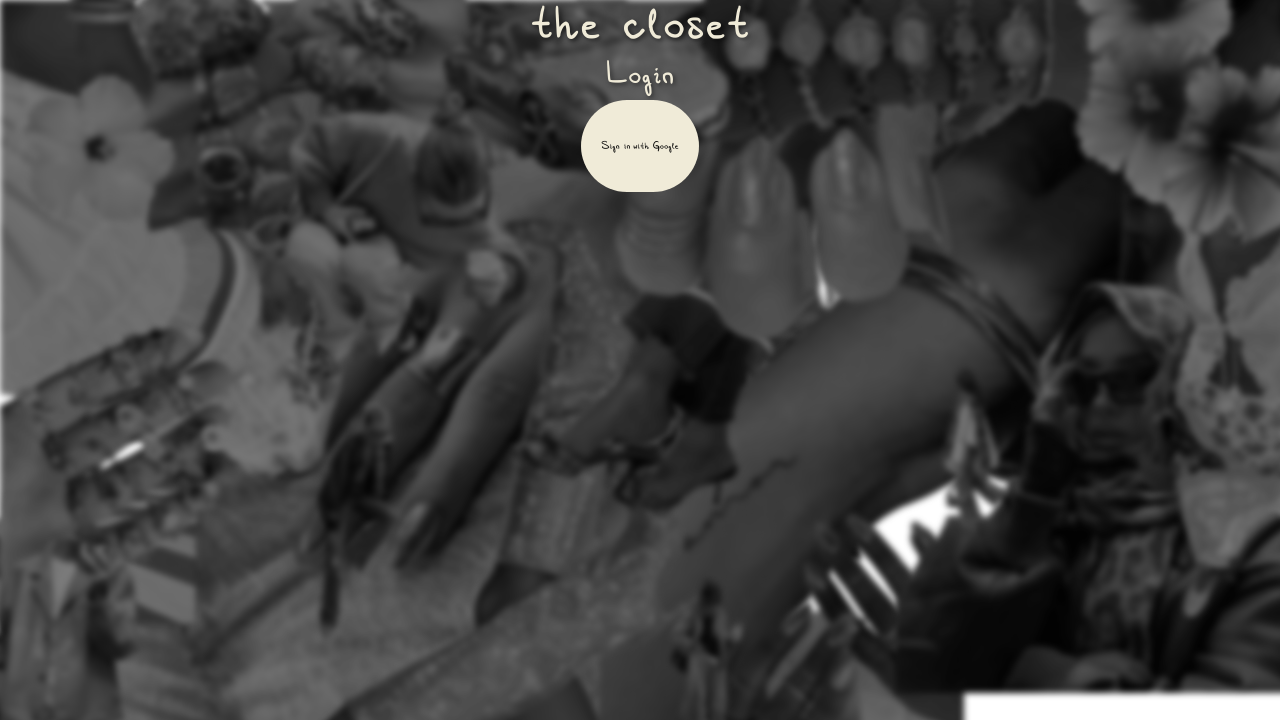
Repository: karla-sikavica/theCloset
Page: / (app in frontend/)
An editor plug-in stored every save of this project. The page is shown before and after the next save, followed by the edit.
The browser window is 1280 px wide. The pictures show the whole page.
The project was rebuilt for these pictures with package versions that can differ from the ones it lists, and the page was loaded fresh each time. Also part of the build but not shown: frontend/vite.config.ts.

Above is the page before, as saved 2025-03-29 16:54:35.

### frontend/src/index.css
@font-face {
  font-family: 'Kalla';
  src: url('/fonts/Kalla-Regular.ttf') format('truetype');
  font-weight: 400;
  font-style: normal;
}

:root {
  font-family: 'Kalla', 'Times New Roman', Avenir, Helvetica, Arial, sans-serif;
  line-height: 50px;
  font-weight: 400;
  display: block;


  font-synthesis: none;
  text-rendering: optimizeLegibility;
  -webkit-font-smoothing: antialiased;
  -moz-osx-font-smoothing: grayscale;
}

### frontend/src/App.tsx
import { BrowserRouter as Router, Routes, Route } from "react-router-dom";
import "./App.css";
import Login from "./pages/Login";
import Collage from "./components/ui/Collage";

function App() {
  return (
    <Router>
      <Collage />

      <div className="main-content">
        <Routes>
          <Route path="/" element={<Login></Login>} />
          <Route path="/login" element={<Login />} />
        </Routes>
      </div>
    </Router>
  );
}

export default App;

### frontend/src/App.css
#root {
  max-width: 1280px;
  margin: 0 auto;
  padding: 2rem;
  text-align: center;
}

body {
  color:#f0ebd8  ;
  text-shadow: 2px 2px 4px rgba(0, 0, 0, 0.5);
}

body, html, #root {
  margin: 0;
  padding: 0;
  height: 100%;
  width: 100%;
  overflow: hidden;
}

/* Optional: to make sure your app content appears above the collage */
.main-content {
  z-index: 10;

   position: relative;
  /*pointer-events: auto;
  height: 100%; */
}

/*
body::before {
  content: "";
  position: fixed;
  top: 0;
  left: 0;
  width: 100vh;
  height: 100vw;
  background-image: url("/images/download.jpeg");
  background-repeat: no-repeat;
  background-size: cover;
  background-position: center;
  transform: rotate(270deg) translate(-100vh, 0);
  transform-origin: top left;
  z-index: -1;
}

body::after {
  content: "";
  position: fixed;
  top: 0;
  left: 0;
  width: 100vw;
  height: 100vh;
  /* background: rgba(50, 30, 10, 0.6); */
/*   z-index: -1;
 *//* */

### frontend/src/pages/Login.tsx
import GoogleLogin from "../components/ui/GoogleLogin";

function Login() {
  return (
    <div style={{ margin: "auto" }}>
      <h1 style={{ fontSize: 100, margin: 0 }}>the closet</h1>
      <h2 style={{ fontSize: 60, margin: 0 }}>Login</h2>
      <div style={{ textAlign: "center" }}>
        <GoogleLogin></GoogleLogin>
      </div>
    </div>
  );
}

export default Login;

### frontend/src/components/ui/Collage.tsx
import React, { useEffect, useRef } from "react";
import "../css/Collage.css";

/* const imageCount = 32;
 */
type CollageImage = {
  src: string;
  top: string;
  left: string;
  width: string;
  rotate?: string;
  zIndex?: number;
};

const collageConfig: CollageImage[] = [
  {
    src: "/images/photo%20(1).png",
    top: "45%",
    left: "0%",
    width: "250px",
    rotate: "0deg",
    zIndex: 2,
  },
  {
    src: "/images/photo%20(2).png",
    top: "30%",
    left: "25%",
    width: "400px",
    rotate: "0deg",
    zIndex: 1,
  },
  {
    src: "/images/photo%20(3).png",
    top: "18%",
    left: "40%",
    width: "350px",
    rotate: "0deg",
    zIndex: 0,
  },
  {
    src: "/images/photo%20(4).png",
    top: "-5%",
    left: "55%",
    width: "400px",
    rotate: "0deg",
    zIndex: 2,
  },
  {
    src: "/images/photo%20(5).png",
    top: "30%",
    left: "40%",
    width: "260px",
    rotate: "0deg",
    zIndex: 1,
  },
  {
    src: "/images/photo%20(6).png",
    top: "10%",
    left: "18%",
    width: "300px",
    rotate: "0deg",
    zIndex: 4,
  },
  {
    src: "/images/photo%20(7).png",
    top: "38%",
    left: "70%",
    width: "400px",
    rotate: "0deg",
    zIndex: 1,
  },
  {
    src: "/images/photo%20(8).png",
    top: "0%",
    left: "0%",
    width: "350px",
    rotate: "0deg",
    zIndex: 1,
  },
  {
    src: "/images/photo%20(9).png",
    top: "0%",
    left: "35%",
    width: "280px",
    rotate: "-6deg",
    zIndex: 3,
  },
  {
    src: "/images/photo%20(10).png",
    top: "42%",
    left: "20%",
    width: "200px",
    rotate: "15deg",
    zIndex: 1,
  },
  {
    src: "/images/photo%20(11).png",
    top: "-20%",
    left: "70%",
    width: "400px",
    rotate: "0deg",
    zIndex: 0,
  },
  {
    src: "/images/photo%20(12).png",
    top: "-20%",
    left: "10%",
    width: "350px",
    rotate: "-9deg",
    zIndex: 1,
  },
  {
    src: "/images/photo%20(13).png",
    top: "0%",
    left: "6%",
    width: "550px",
    rotate: "0deg",
    zIndex: 0,
  },
  {
    src: "/images/photo%20(14).png",
    top: "50%",
    left: "-5%",
    width: "260px",
    rotate: "0deg",
    zIndex: 0,
  },
  {
    src: "/images/photo%20(15).png",
    top: "45%",
    left: "70%",
    width: "170px",
    rotate: "-8deg",
    zIndex: 1,
  },
  {
    src: "/images/photo%20(16).png",
    top: "3%",
    left: "48%",
    width: "500px",
    rotate: "3deg",
    zIndex: 0,
  },
  {
    src: "/images/photo%20(17).png",
    top: "0%",
    left: "45%",
    width: "380px",
    rotate: "0deg",
    zIndex: 1,
  },
  {
    src: "/images/photo%20(18).png",
    top: "75%",
    left: "-3%",
    width: "200px",
    rotate: "10deg",
    zIndex: 3,
  },
  {
    src: "/images/photo%20(19).png",
    top: "22%",
    left: "86%",
    width: "290px",
    rotate: "0deg",
    zIndex: 2,
  },
  {
    src: "/images/photo%20(30).png",
    top: "-20%",
    left: "80%",
    width: "300px",
    rotate: "-27deg",
    zIndex: 3,
  },
  {
    src: "/images/photo%20(29).png",
    top: "-5%",
    left: "-2%",
    width: "270px",
    rotate: "150deg",
    zIndex: 3,
  },
  {
    src: "/images/photo%20(22).png",
    top: "65%",
    left: "55%",
    width: "260px",
    rotate: "180deg",
    zIndex: 0,
  },
  {
    src: "/images/photo%20(25).png",
    top: "80%",
    left: "52%",
    width: "80px",
    rotate: "0deg",
    zIndex: 2,
  } /*,
  {
    src: "/images/photo%20(24).png",
    top: "15%",
    left: "50%",
    width: "190px",
    rotate: "6deg",
    zIndex: 1,
  },
  {
    src: "/images/photo%20(25).png",
    top: "10%",
    left: "30%",
    width: "160px",
    rotate: "-4deg",
    zIndex: 3,
  },
  {
    src: "/images/photo%20(26).png",
    top: "40%",
    left: "50%",
    width: "170px",
    rotate: "11deg",
    zIndex: 2,
  },
  {
    src: "/images/photo%20(27).png",
    top: "50%",
    left: "75%",
    width: "180px",
    rotate: "-9deg",
    zIndex: 1,
  },
  {
    src: "/images/photo%20(28).png",
    top: "35%",
    left: "10%",
    width: "200px",
    rotate: "4deg",
    zIndex: 2,
  },
  {
    src: "/images/photo%20(29).png",
    top: "25%",
    left: "65%",
    width: "190px",
    rotate: "-5deg",
    zIndex: 3,
  },
  {
    src: "/images/photo%20(30).png",
    top: "70%",
    left: "85%",
    width: "160px",
    rotate: "6deg",
    zIndex: 1,
  },
  {
    src: "/images/photo%20(31).png",
    top: "80%",
    left: "35%",
    width: "170px",
    rotate: "-3deg",
    zIndex: 2,
  },
  {
    src: "/images/photo%20(32).png",
    top: "90%",
    left: "50%",
    width: "180px",
    rotate: "8deg",
    zIndex: 3,
  }, */,
];

const Collage: React.FC = () => {
  return (
    <div className="collage-background">
      {collageConfig.map((img, index) => (
        <img
          key={index}
          src={img.src}
          alt={`collage-img-${index}`}
          className="collage-img"
          style={{
            top: img.top,
            left: img.left,
            width: img.width,
            transform: `rotate(${img.rotate || "0deg"})`,
            zIndex: img.zIndex || 0,
          }}
        />
      ))}
    </div>
  );
};

export default Collage;

/*
const Collage: React.FC = () => {
  const containerRef = useRef<HTMLDivElement>(null);

  useEffect(() => {
    const container = containerRef.current;
    if (!container) return;

    const imgs = container.querySelectorAll("img");
    imgs.forEach((img) => {
      const x = Math.random() * 100;
      const y = Math.random() * 100;
      const rotate = Math.random() * 20 - 10; // rotate between -10 and +10 degrees
      const z = Math.floor(Math.random() * 10); // random z-index

      img.style.top = `${y}vh`;
      img.style.left = `${x}vw`;
      img.style.transform = `rotate(${rotate}deg)`;
      img.style.zIndex = z.toString();
    });
  }, []);

  return (
    <div className="collage-background" ref={containerRef}>
      {[...Array(imageCount)].map((_, index) => (
        <img
          key={index}
          src={`/images/photo%20(${index + 1}).png`}
          alt={`collage-img-${index}`}
          className="collage-img"
        />
      ))}
    </div>
  );
};

export default Collage; */

### frontend/src/components/ui/GoogleLogin.tsx
// src/components/GoogleLogin.js
import { signInWithPopup } from "firebase/auth";
import { auth, googleProvider } from "../../firebase";
import GoogleButton from "./GoogleButton";

function GoogleLogin() {
  const handleGoogleLogin = async () => {
    try {
      const result = await signInWithPopup(auth, googleProvider);
      const user = result.user;

      const token = await user.getIdToken();
      console.log("✅ Google login successful! Token:", token);

      const res = await fetch("http://localhost:8080/users", {
        headers: {
          Authorization: `Bearer ${token}`,
        },
      });

      const data = await res.json();
      console.log("Backend response:", data);
    } catch (error: any) {
      console.error("❌ Google login error:", error.message);
    }
  };

  return (
    <div>
      <GoogleButton onClick={handleGoogleLogin}>
        Sign in with Google
      </GoogleButton>{" "}
    </div>
  );
}

export default GoogleLogin;

### frontend/src/components/css/Collage.css

  .collage-background {
    position: fixed;
    top: 0;
    left: 0;
    width: 100vw;
    height: 100vh;
    overflow: hidden;
    z-index: 0;
    pointer-events: auto;
  }

  .collage-img {
    position: absolute;
    object-fit: contain;
    filter: grayscale(100%) blur(3px) brightness(0.5);
    pointer-events: auto;
    border: none;
  }

  .collage-img:hover {
    filter: grayscale(0%);

/*     border: 3px solid bisque;
 */  }

### frontend/src/firebase.ts
import { initializeApp } from "firebase/app";
import { getAuth, GoogleAuthProvider  } from "firebase/auth";

//import { getAnalytics } from "firebase/auth";

const firebaseConfig = {
  apiKey: "AIzaSyAbHQdx6UcrnGOItmjSgqMahJKQc3tssx8",
  authDomain: "thecloset-7ba5e.firebaseapp.com",
  projectId: "thecloset-7ba5e",
  storageBucket: "thecloset-7ba5e.firebasestorage.app",
  messagingSenderId: "77195632073",
  appId: "1:77195632073:web:69fd94b7e825471e71dc18",
  measurementId: "G-8GEFS4DWQG"
};

// Initialize Firebase
const app = initializeApp(firebaseConfig);
export const auth = getAuth(app);
export const googleProvider = new GoogleAuthProvider();


//const analytics = getAnalytics(app);

### frontend/src/components/ui/GoogleButton.tsx
import styles from "../css/GoogleButton.module.css";

interface Props {
  children: React.ReactNode;
  onClick: () => void;
}

const GoogleButton = ({ onClick, children }: Props) => {
  return (
    <button onClick={onClick} className={styles.googleButton}>
      <h3>{children}</h3>
    </button>
  );
};

export default GoogleButton;

### frontend/src/components/css/GoogleButton.module.css
.googleButton{
    border-radius: 50px;
    padding: 20px;
    background-color: #f0ebd8;
    border: none;
    font-family: 'Kalla', sans-serif;
    font-size: 16px;
    font-weight: 400;

}

.googleButton:hover{
    background-color: #cfcbb9;
}

Loaded but not shown: frontend/index.html (common file); frontend/src/main.tsx (common file)

After the next save:
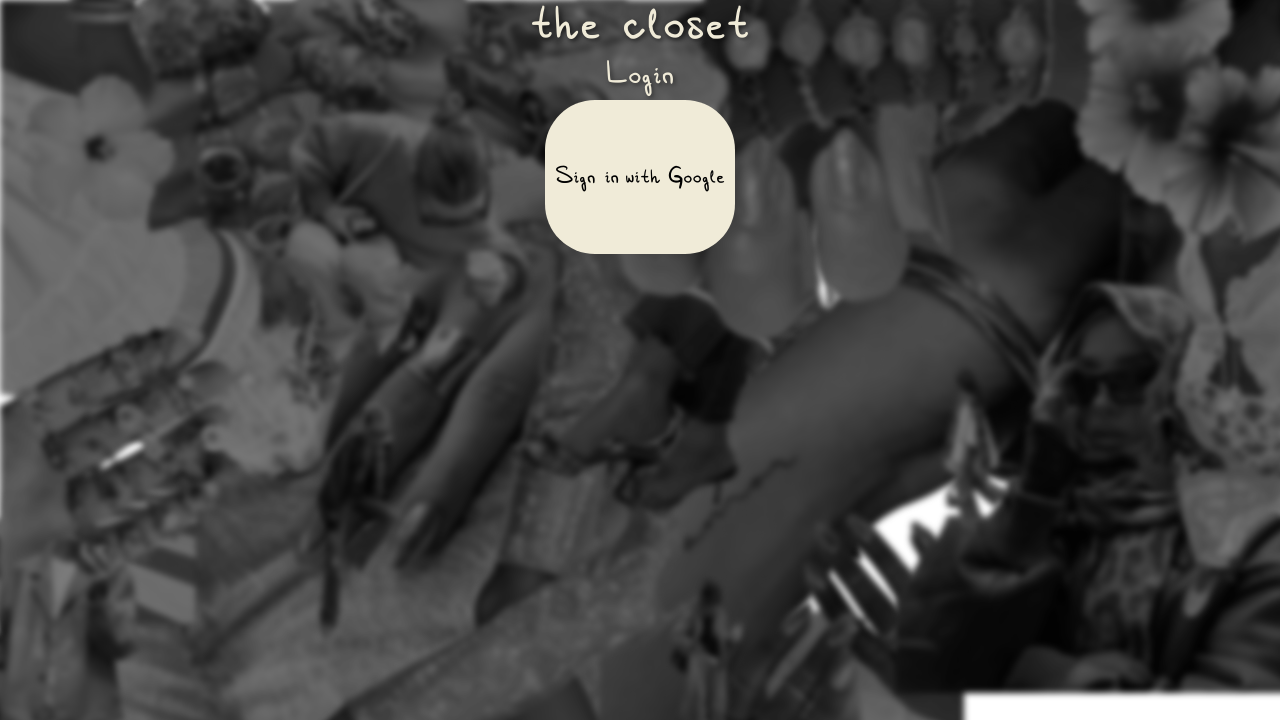
Saved 31 s later.
--- a/frontend/src/components/css/GoogleButton.module.css
+++ b/frontend/src/components/css/GoogleButton.module.css
@@ -1,10 +1,10 @@
 .googleButton{
     border-radius: 50px;
-    padding: 20px;
+    padding: 20px 10px;
     background-color: #f0ebd8;
     border: none;
     font-family: 'Kalla', sans-serif;
-    font-size: 16px;
+    font-size: 35px;
     font-weight: 400;
 
 }
